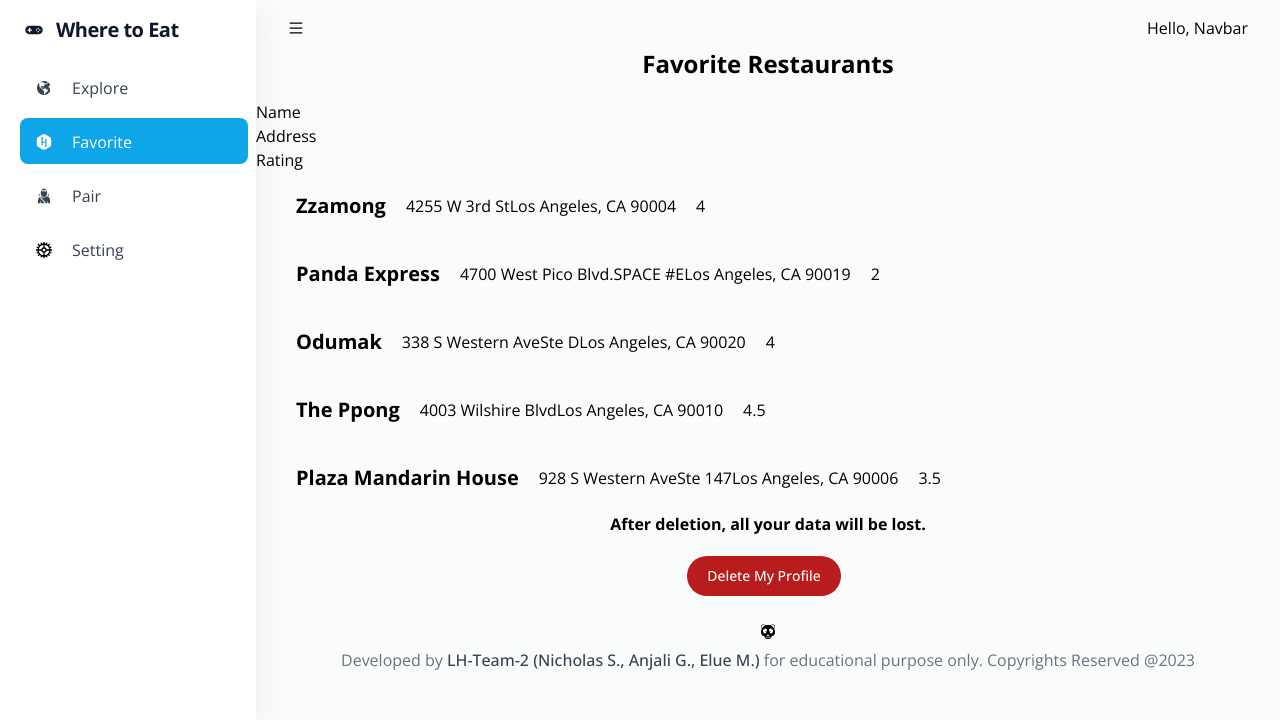
Repository: n-shen/where-to-eat
Page: /favorite (app in client/)
The author's editor kept a copy of each file at every save. The page is drawn from the files as they stood at one save, then again after a run of saves.
The browser window is 1280 px wide. The pictures show the whole page.
The page's requests for data from a server got no answer. The project was rebuilt for these pictures with package versions that can differ from the ones it lists, and the page was loaded fresh each time. No one was signed in, and anything a server would have sent is missing. Also part of the build but not shown: client/src/data/cities.js, client/src/components/SearchForm.jsx, client/src/components/SearchResult.jsx, client/src/components/room.jsx, client/src/components/Room/Chat.jsx, client/src/components/Room/Selection.jsx, client/src/components/Room/Intro.jsx, client/src/components/Room/Game.jsx and 5 more.

Above is the page before, as saved 2023-05-05 19:57:05.

After the next 2 saves:
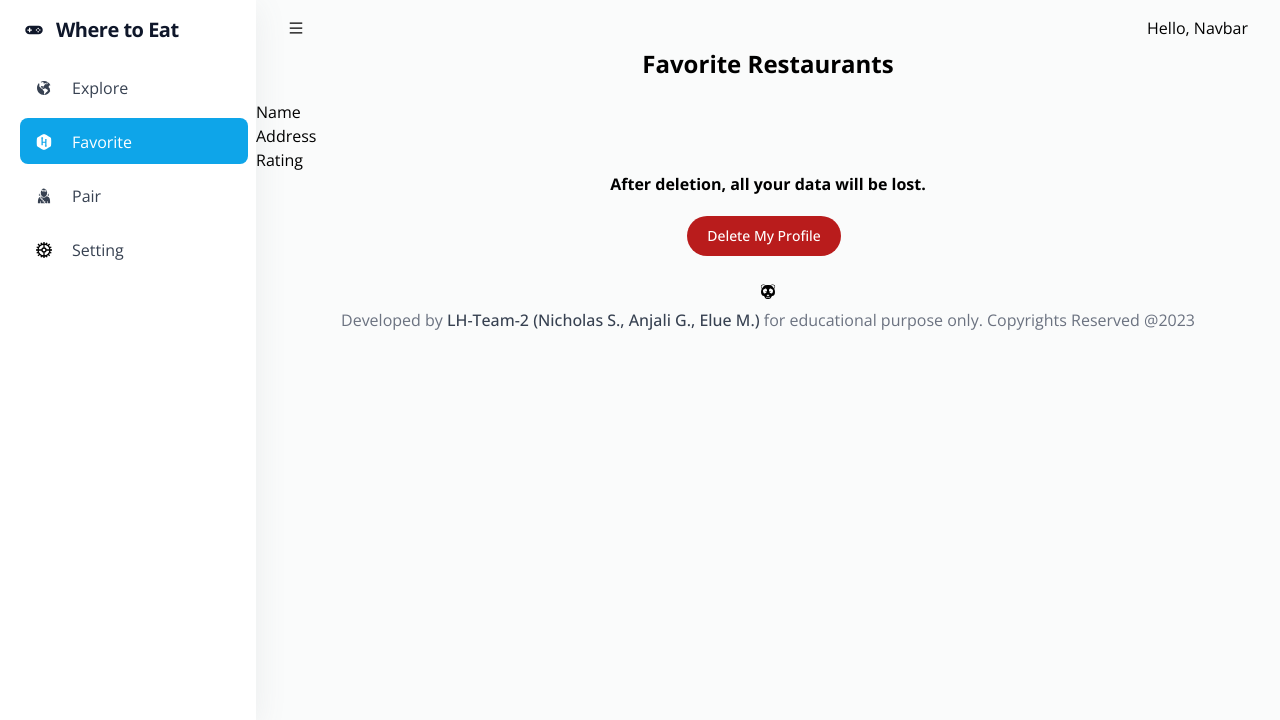
The 2 saves are shown as one change because they came seconds apart.
The last was saved 83 s later.
--- a/client/src/pages/Favorite.jsx
+++ b/client/src/pages/Favorite.jsx
@@ -81,23 +81,9 @@
       <h2>Name</h2>
       <h2>Address</h2>
       <h2>Rating</h2>
-      <ul className="flex flex-col items-start justify-center ml-5">
-        {restaurants.map((restaurant, index) => (
-          <li
-            key={index}
-            className="flex items-center justify-center gap-5 m-5"
-          >
-            <h2
-              htmlFor={restaurant.name}
-              className="text-xl font-bold text-center"
-            >
-              {restaurant.name}
-            </h2>
-            <p>{restaurant.address}</p>
-            <p>{restaurant.rating}</p>
-          </li>
-        ))}
-      </ul>
+      <div className="flex flex-col items-start justify-center ml-5">
+
+      </div>
    </div>
   );
 };
